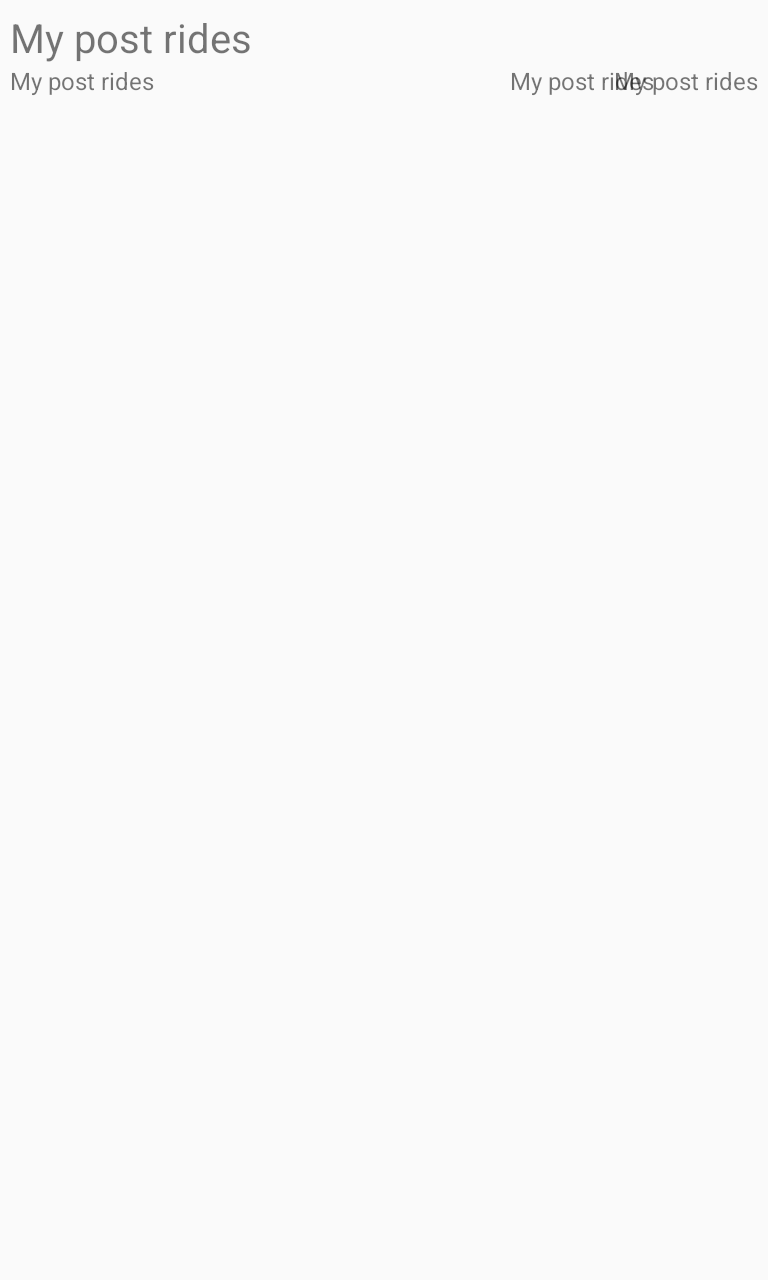
Repository: bwoldemi/LilyTrans
Layout: TransLily/res/layout/ask_ride_list_view.xml
These files come from the project's save history. The layout is drawn as it stood at one moment and after the next save; the edit follows.
It is drawn on a 768 x 1280 px phone screen (xhdpi) without system bars, with theme AppTheme; the app's code is not run.

Above is the layout before, as saved 2014-11-08 12:44:42.

### TransLily/res/layout/ask_ride_list_view.xml
<?xml version="1.0" encoding="utf-8"?>
<RelativeLayout xmlns:android="http://schemas.android.com/apk/res/android"
    android:layout_width="match_parent"
    android:layout_height="match_parent"
    android:padding="5dp" >

    <TextView
        android:id="@+id/starting_destination_point_tv_ask"
        android:layout_width="wrap_content"
        android:layout_height="wrap_content"
        android:text="@string/My_Post_rides"
        android:textSize="20sp" />
 <TextView
        android:id="@+id/picking_time_tv"
        android:layout_width="wrap_content"
        android:layout_height="wrap_content"
        android:layout_alignParentRight="true"
        android:layout_below="@id/starting_destination_point_tv_ask"
        android:layout_toLeftOf="@+id/times"
        android:text="@string/My_Post_rides"
        android:textSize="12sp"/>

    <TextView
        android:id="@+id/picking_time_tv"
        android:layout_height="wrap_content"
        android:layout_alignParentLeft="true"
        android:layout_below="@id/starting_destination_point_tv_ask"
        android:layout_toLeftOf="@+id/times"
        android:text="@string/My_Post_rides"
        android:textSize="12sp"/>

    <TextView
        android:id="@id/times"
        android:layout_width="100dp"
        android:layout_height="wrap_content"
        android:layout_alignParentRight="true"
        android:layout_below="@+id/starting_destination_point_tv_ask"
        android:layout_marginRight="24dp"
        android:text="@string/My_Post_rides"
        android:textSize="12sp" />

</RelativeLayout>

### TransLily/res/values/strings.xml
<?xml version="1.0" encoding="utf-8"?>
<resources>

    <string name="app_name">TransLily</string>
    <string name="hello_world">Hello world!</string>
    <string name="action_settings">Settings</string>
    <string name="lily">LILY Transportation </string>
    <string name="from">From: </string>
    <string name="starting_location">Enter starting point</string>
    <string name="destination_point">To: </string>
    <string name="ending_location">Enter your destination</string>
    <string name="senior_name"> Name: </string>
    <string name="typein_name"> Enter your full name here</string>
    <string name="contact_info"> Phone Number: </string>
    <string name="phone_number"> e.g 0458749818 </string>
    <string name="button_askride"> Search rides</string>
    <string name="button_offerride"> Offer ride</string>
    <string name="pick_time"> Pick time </string>
    <string name="pick_date"> Pick date </string>
    <string name="title_activity_ask_ride">AskRideActivity</string>
    <string name="title_activity_booked_ride">BookedRideActivity</string>
    <string name="show_my_booked_rides">Show my booked rides</string>
    <string name="title_activity_post_ride">PostRideActivity</string>
    <string name="search_ride">Search ride </string>
    <string name="post_ride">Post ride </string>
    <string name="My_request_rides">My request rides </string>
    <string name="My_Post_rides">My post rides</string>
    <string name="welcome_message">Welcome To Lily Transport </string>
    <string name="service_provider">Service provider </string>
    <string name="taxi_id">Taxi id/ Name</string>
    <string name="starting_point">Starting point</string>
    <string name="destination"> Destination </string>
    <string name="date"> Date </string>
    <string name="number_of_person">Number of Person</string>
    <string name="comment">Comment </string>
    <string name="title_activity_my_post_rides">MyPostRides</string>
    <string name="title_activity_reserved_post_rides">ReservedPostRides</string>
    <string name="cancel">Cancel</string>
    <string name="approve">Approve</string>
    <string name="save">Save</string>
    <string name="please_enter_name_phone"> Please eneter your name and phonenumber</string>
    <string name="full_name">Full Name</string>
    <string name="com.lily.pre">com.lily.pre</string>
    <string name="save_changes">Save Changes</string>
    <string name="change_your_data">Change your data</string>

    <color name="text_color">#FFF</color>
    <color name="background">#669900</color>

    <string name="title_activity_basic_info">BasicInfoActivity</string>
    <string name="title_activity_setting">Setting</string>

</resources>

Loaded but not shown: TransLily/res/values/styles.xml (common file); TransLily/res/values-v11/styles.xml (common file); TransLily/res/values-v14/styles.xml (common file)

After the next save:
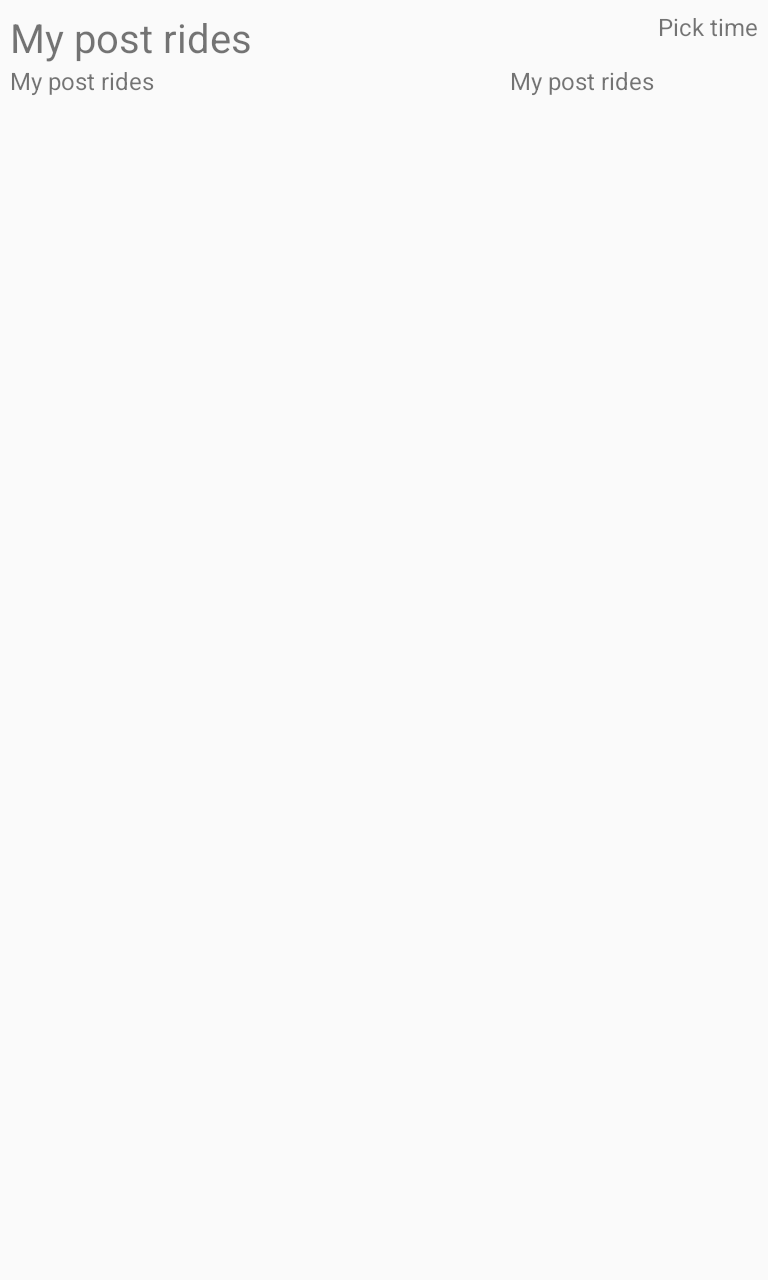
Saved 50 s later.
--- a/TransLily/res/layout/ask_ride_list_view.xml
+++ b/TransLily/res/layout/ask_ride_list_view.xml
@@ -15,9 +15,8 @@
         android:layout_width="wrap_content"
         android:layout_height="wrap_content"
         android:layout_alignParentRight="true"
-        android:layout_below="@id/starting_destination_point_tv_ask"
-        android:layout_toLeftOf="@+id/times"
-        android:text="@string/My_Post_rides"
+        android:layout_toLeftOf="@+id/starting_destination_point_tv_ask"
+        android:text="@string/pick_time"
         android:textSize="12sp"/>
 
     <TextView
